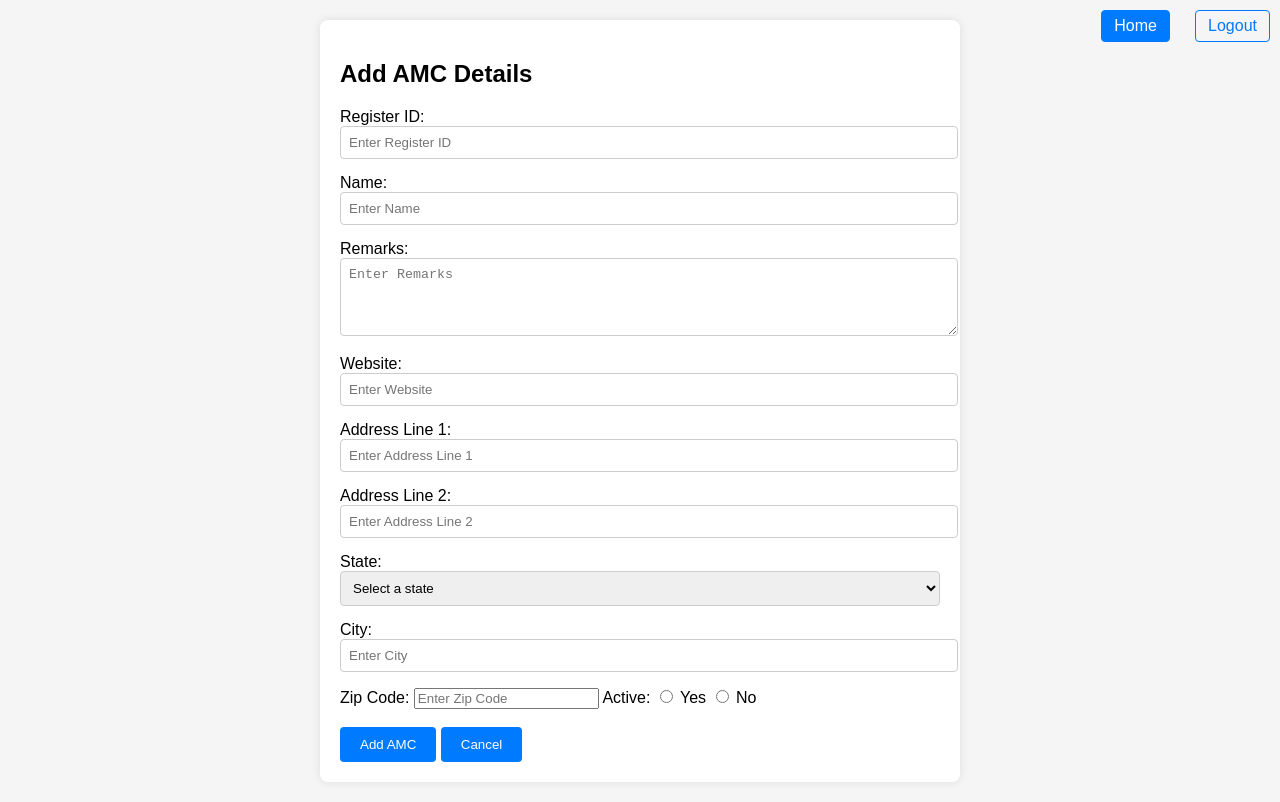
Repository: SaiKumarKota1919/zettamine-sai
Page: http://localhost/appraiser-management-system/add-amc.jsp
The author's editor kept a copy of each file at every save. The page is drawn from the files as they stood at one save, then again after the next save.
The browser window is 1280 px wide. The pictures show the whole page.
The page is served by Tomcat 10. Other server files are loaded and not shown.

Above is the page before, as saved 2023-12-30 16:08:23.

### project-ams/appraiser-management-system/src/main/webapp/add-amc.jsp
<%@ page language="java" contentType="text/html; charset=ISO-8859-1"
    pageEncoding="ISO-8859-1"%>
<!DOCTYPE html>
<html lang="en">
<head>
  <meta charset="UTF-8">
  <title>Add AMC</title>
 <link rel="stylesheet" href="css/form.css">
</head>
<body>
  <form id="add-amc-form" action="addAmc">
<a href="logout.html" class="logout-link">Logout</a>
<a href="home.html" class="home-link">Home</a>

    <h2>Add AMC Details</h2>
     <label for="register-id">Register ID:</label>
    <input type="text" id="register-id" name="registerId" required placeholder="Enter Register ID">

    <label for="name">Name:</label>
    <input type="text" id="name" name="name" required placeholder="Enter Name">

    <label for="remarks">Remarks:</label>
    <textarea id="remarks" name="remarks" rows="4" placeholder="Enter Remarks"></textarea>

    <label for="website">Website:</label>
    <input type="text" id="website" name="website" placeholder="Enter Website" required>

    <label for="address-line-1">Address Line 1:</label>
    <input type="text" id="address-line-1" name="addressLine1" placeholder="Enter Address Line 1" required>

    <label for="address-line-2">Address Line 2:</label>
    <input type="text" id="address-line-2" name="addressLine2" placeholder="Enter Address Line 2" required>


    <label for="state">State:</label>
    <select id="state" name="state" required>
      <option value="" selected disabled>Select a state</option>
      <option value="Ts">Telangana</option>
      <option value="Ap">Andhra Pradesh</option>

    </select>

    <label for="city">City:</label>
    <input type="text" id="city" name="city" placeholder="Enter City" required>

    <label for="zip-code">Zip Code:</label>
 <!--   <input type="number" id="zip-code" name="zipCode" placeholder="Enter Zip Code" maxlength="6" min="6"  max="6" required> -->
 <input type="number"  name="zipCode" placeholder="Enter Zip Code" id="myKadA" onkeydown="limit(this, 6);" onkeyup="limit(this, 6);" onkeyup="this.value = minmax(this.value, 0, 6)" required>
    <label for="active">Active:</label>
    <input type="radio" id="active" name="active" value="true" required>
	Yes
	<input type="radio" id="active" name="active" value="flase" required>
	No<br><br>
    <button type="submit">Add AMC</button>
 <button type="button" class="cancel-button" onclick="window.location.href='home.jsp'">Cancel</button>


  </form>

</body>
</html>

### project-ams/appraiser-management-system/src/main/webapp/css/form.css
body {
      font-family: Arial, sans-serif;
      background-color: #f5f5f5;
      margin: 0;
      padding: 20px;
    }

    form {
      background-color: #fff;
      padding: 20px;
      border-radius: 8px;
      box-shadow: 0px 0px 10px 0px rgba(0, 0, 0, 0.1);
      max-width: 600px;
      margin: 0 auto;
    }

    input[type="text"],
    textarea {
      width: 100%;
      padding: 8px;
      margin-bottom: 15px;
      border-radius: 4px;
      border: 1px solid #ccc;
    }

    select {
      width: 100%;
      padding: 8px;
      margin-bottom: 15px;
      border-radius: 4px;
      border: 1px solid #ccc;
    }

    button {
      padding: 10px 20px;
      border: none;
      border-radius: 4px;
      background-color: #007bff;
      color: #fff;
      cursor: pointer;
      transition: background-color 0.3s ease;
    }

    button:hover {
      background-color: #0056b3;
    }
  .logout-link {
      position: absolute;
      top: 10px;
      right: 10px;
      text-decoration: none;
      color: #007bff;
      border: 1px solid #007bff;
      padding: 6px 12px;
      border-radius: 4px;
      transition: background-color 0.3s ease, color 0.3s ease;
    }


    .home-link {
      position: absolute;
      top: 10px;
      right: 110px; /* Adjust position as needed */
      text-decoration: none;
      color: #007bff;
      border: 1px solid #007bff;
      padding: 6px 12px;
      border-radius: 4px;
      transition: background-color 0.3s ease, color 0.3s ease;
    }

    .home-link,.logout-link:hover {
      background-color: #007bff;
      color: #fff;
    }
 select {
      width: 100%;
      padding: 8px;
      margin-bottom: 15px;
      border-radius: 4px;
      border: 1px solid #ccc;
    }

After the next save:
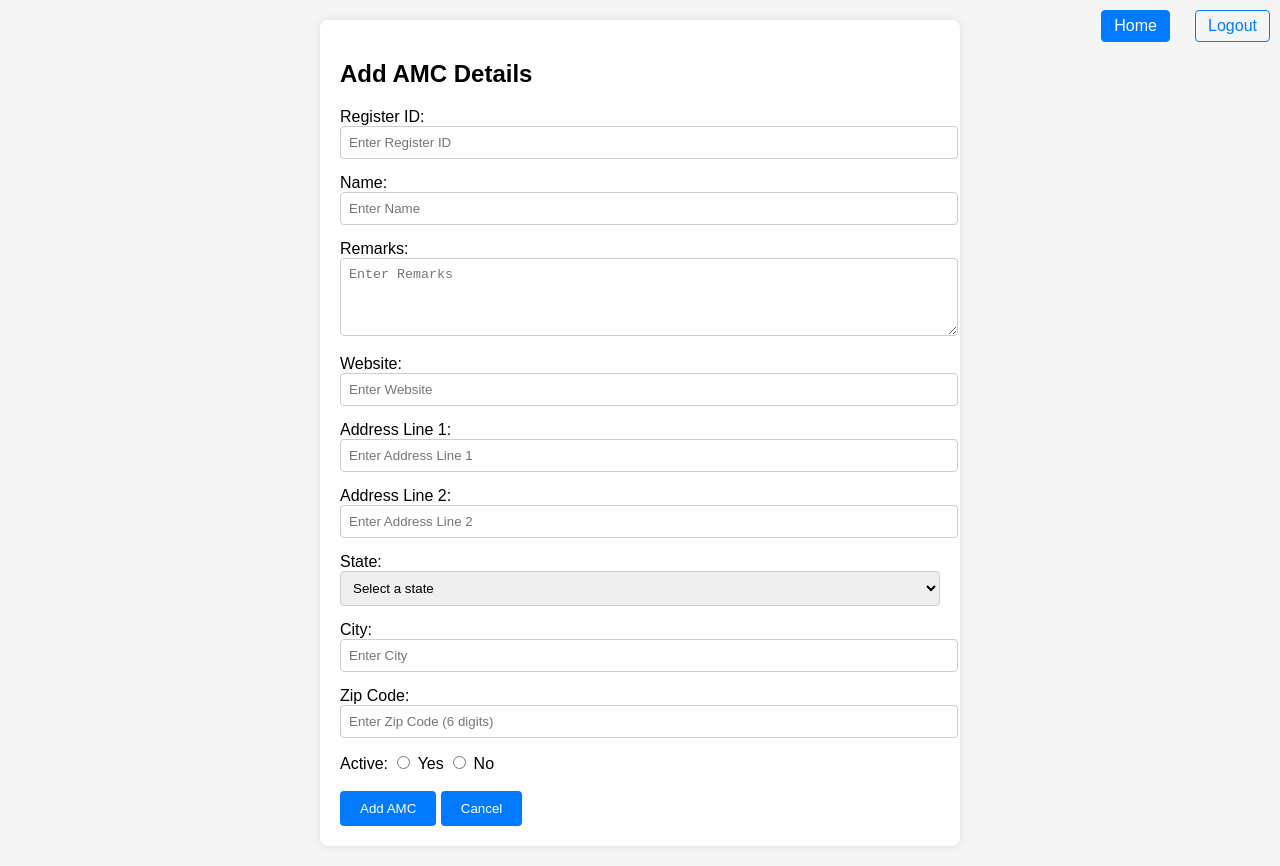
Saved 2 min 56 s later.
--- a/project-ams/appraiser-management-system/src/main/webapp/add-amc.jsp
+++ b/project-ams/appraiser-management-system/src/main/webapp/add-amc.jsp
@@ -45,7 +45,8 @@
 
     <label for="zip-code">Zip Code:</label>
  <!--   <input type="number" id="zip-code" name="zipCode" placeholder="Enter Zip Code" maxlength="6" min="6"  max="6" required> -->
- <input type="number"  name="zipCode" placeholder="Enter Zip Code" id="myKadA" onkeydown="limit(this, 6);" onkeyup="limit(this, 6);" onkeyup="this.value = minmax(this.value, 0, 6)" required>
+ <input type="text" name="zipCode" placeholder="Enter Zip Code (6 digits)" id="myKadA" pattern="[0-9]{6}" maxlength="6" title="Please enter a 6-digit zip code" required>
+
     <label for="active">Active:</label>
     <input type="radio" id="active" name="active" value="true" required>
 	Yes
